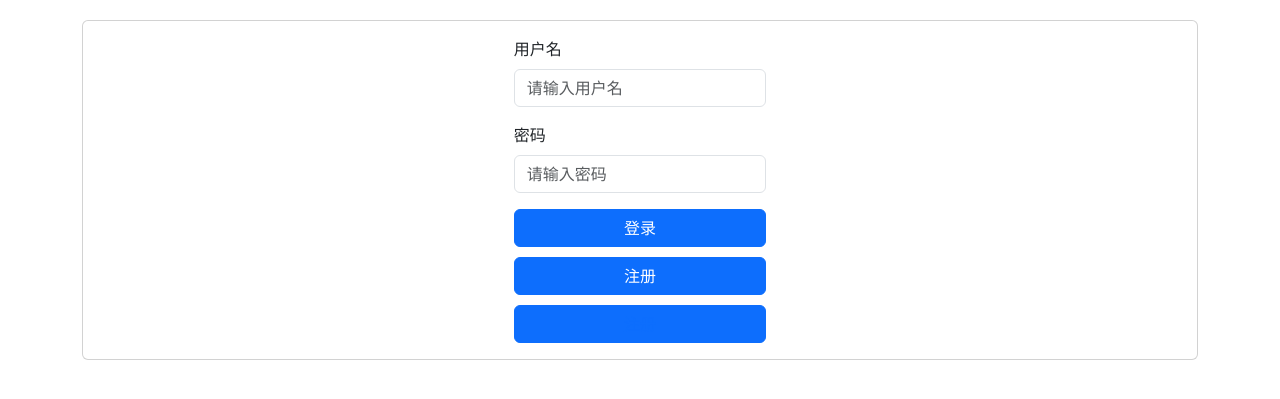
Repository: squawktop/CFS
Page: / (app in web/)
These files come from the project's save history. The page is drawn as it stood at one moment and after a run of saves; the edit follows.
The browser window is 1280 px wide. The pictures show the whole page.
The project was rebuilt for these pictures with package versions that can differ from the ones it lists, and the page was loaded fresh each time. Also part of the build but not shown: web/vue.config.js, web/src/views/RegisterView.vue, web/src/components/NavBar.vue, web/src/views/HomeView.vue, web/src/views/UsersManageView.vue, web/src/views/PersonalCenterView.vue, web/src/views/GoodsManageView.vue, web/src/views/OrdersManageView.vue and 1 more.

Above is the page before, as saved 2024-03-23 16:20:40.

### web/src/App.vue
<template>
  <RouterView></RouterView>
</template>

<script>


// 导入bootstrap
import "bootstrap/dist/css/bootstrap.min.css"
import "bootstrap/dist/js/bootstrap"
// import { ref } from "vue";

// import $ from 'jquery';
export default {
  components: {

  }
  ,
  setup() {
    // const user_id = ref("");
    // const username = ref("");
    // const password = ref("");

    // $.ajax({
    //   type: "get",
    //   url: "http://127.0.0.1:3000/user/getlist",
    //   success(resp) {
    //     user_id.value = resp[0].id;
    //     username.value = resp[0].username;
    //     password.value = resp[0].password;

    //   },
    //   error() {
    //     this.user_id = "error"
    //   }
    // })




    return {

    }
  }

}

</script>

<style></style>

### web/src/router/index.js
import { createRouter, createWebHistory } from 'vue-router'
// import HomeView from '../views/HomeView.vue'
import LoginView from '../views/LoginView.vue'
import RegisterView from '../views/RegisterView.vue'
import HomeView from '../views/HomeView.vue'
import UsersManageView from '../views/UsersManageView.vue'
import PersonalCenterView from '../views/PersonalCenterView.vue'
import GoodsManageView from '../views/GoodsManageView.vue'
import OrdersManageView from '../views/OrdersManageView.vue'
import NotFound from '../views/NotFoundView.vue'
import store from '@/store/index'

const routes = [
  {
    path: '/',
    name: 'home',
    component: HomeView,
    // redirect: "/user/register",
    meta: { //该页面是否需要授权      //随便写， 也可以设置为   flag : true;
      requestAuth: true,
    }
  },

  {
    path: '/user/login',
    name: 'user_login',
    component: LoginView,
    meta: {
      requestAuth: false,
    }
  },

  {
    path: '/user/register',
    name: 'user_register',
    component: RegisterView,
    meta: { //该页面是否需要授权
      requestAuth: false,
    }
  },
  {
    path: '/user/personalcenter',
    name: 'personal_center',
    component: PersonalCenterView,
    meta: { //该页面是否需要授权
      requestAuth: true,
    }
  },

  {
    path: '/user/usermanage',
    name: 'user_manage',
    component: UsersManageView,
    meta: { //该页面是否需要授权
      requestAuth: true,
    }
  }
  ,
  {
    path: '/goods/manege',
    name: 'goods_manage',
    component: GoodsManageView,
    meta: { //该页面是否需要授权
      requestAuth: true,
    }
  }, {
    path: '/orders/manege',
    name: 'orders_manage',
    component: OrdersManageView,
    meta: { //该页面是否需要授权
      requestAuth: true,
    }
  },


  {
    path: "/404/",
    name: "404",
    component: NotFound
  },
  {
    path: "/:catchAll(.*)",
    redirect: "/404/",  //页面重定向到404
  }
]

const router = createRouter({
  history: createWebHistory(),
  routes
})

router.beforeEach((to, from, next) => {
  if (to.meta.requestAuth && !store.state.user.is_login) {
    next({ name: "user_login" });
  } else {
    next();
  }
})

export default router

### web/src/store/index.js
import { createStore } from 'vuex'
import ModuleUser from '@/store/user'

export default createStore({
  state: {
  },
  getters: {
  },
  mutations: {
  },
  actions: {
  },
  modules: {
    user: ModuleUser,
  }
})

### web/src/views/LoginView.vue
<template>
    <ContentField v-if="!$store.state.user.pulling_info">
        <div class="row justify-content-md-center">
            <div class="col-3">
                <form @submit.prevent="login">
                    <div class="mb-3">
                        <label for="username" class="form-label">用户名</label>
                        <input v-model="username" type="text" class="form-control" id="username" placeholder="请输入用户名" />
                    </div>
                    <div class="mb-3">
                        <label for="password" class="form-label">密码</label>
                        <input v-model="password" type="password" class="form-control" id="password"
                            placeholder="请输入密码" />
                    </div>
                    <div class="error-message">{{ error_message }} </div>
                    <button type="submit" class="btn btn-primary">登录</button>
                    <button type="button" class="btn btn-primary" style="margin-top: 10px">注册</button>

                    <button type="button" class="btn btn-primary" style="margin-top: 10px">
                        <router-link :to="{ name: 'user_register' }">
                            注册
                        </router-link>
                    </button>

                </form>
            </div>
        </div>
    </ContentField>

</template>

<script>
import ContentField from "@/components/ContentField.vue";
import { useStore } from "vuex"
import { ref } from "vue"
import router from "@/router/index";

export default {
    components: {
        ContentField,
    },
    setup() {
        const store = useStore();
        let username = ref('');
        let password = ref('');
        let error_message = ref('');


        const jwt_token = localStorage.getItem("jwt_token");
        if (jwt_token) {
            store.commit("updateToken", jwt_token);
            store.dispatch("getinfo", {
                success() {
                    router.push({ name: "home" });
                    store.commit("updatePullingInfo", false);
                }, error() {
                    store.commit("updatePullingInfo", false);
                }
            })
        } else {
            store.commit("updatePullingInfo", false);
        }




        const login = () => {
            error_message.value = "";
            store.dispatch("login", {
                username: username.value,
                password: password.value,
                success() {
                    store.dispatch("getinfo", {
                        success() {
                            router.push({ name: 'home' });
                        }
                    })

                },
                error() {
                    error_message.value = "用户名或密码错误";
                }
            })
        }

        const register = () =>{
            router.push({name:"user_register"});
        }

        return {
            username,
            password,
            error_message,
            login,
            register,

        }
    }
};
</script>

<style scoped>
button {
    width: 100%;
}

div.error-message {
    color: red;
}
</style>

### web/src/store/user.js
import router from '@/router';
import $ from 'jquery'
export default {
    state: {
        id: "",
        username: "",
        photo: "",
        token: "",
        is_login: false,
        pulling_info: true,
    },
    getters: {
    },
    mutations: {        //一般是用来修改数据的
        updateUser(state, user) {
            state.id = user.id;
            state.username = user.username;
            state.photo = user.photo;
            state.is_login = user.is_login;
        },
        updateToken(state, token) {
            state.token = token;
        },
        logout(state) {
            state.id = "";
            state.username = "";
            state.photo = "";
            state.token = "";
            state.is_login = false;
            router.push({ name: "user_login" });
        },
        updatePullingInfo(state, pulling_info) {
            state.pulling_info = pulling_info;
        },
    },

    actions: {

        login(context, data) {
            $.ajax({
                url: "http://127.0.0.1:3000/api/user/account/token/",
                type: "post",
                data: {
                    username: data.username,
                    password: data.password,
                },
                success(resp) {
                    if (resp.error_message === "success") {
                        localStorage.setItem("jwt_token", resp.token);
                        context.commit("updateToken", resp.token);
                        data.success(resp);
                    } else {
                        data.error(resp);
                    }
                },
                error(resp) {
                    data.error(resp)
                },
            });
        },
        getinfo(context, data) {
            $.ajax({
                url: "http://127.0.0.1:3000/api/user/account/info/",
                type: "get",
                headers: {
                    Authorization:
                        "Bearer " + context.state.token,
                },
                success(resp) {
                    if (resp.error_message === "success") {
                        // console.log(resp);
                        context.commit("updateUser", {
                            ...resp,
                            is_login: true,

                        });
                        data.success(resp);
                    } else {
                        data.success(resp);
                    }

                },
                error(resp) {
                    data.error(resp);
                },
            });

        },
        logout(context) {
            localStorage.removeItem("jwt_token");
            context.commit("logout")
        }
    },
    modules: {
    }
}

### web/src/components/ContentField.vue
<template>
    <div class="container content-field">
        <div class="card">
            <div class="card-body">
                <slot></slot>
            </div>
        </div>
    </div>
</template>

<script>
</script>

<style scoped>
div.content-field {
    margin-top: 20px;
}
</style>

Loaded but not shown: web/public/index.html (common file); web/src/main.js (common file)

After the next 7 saves:
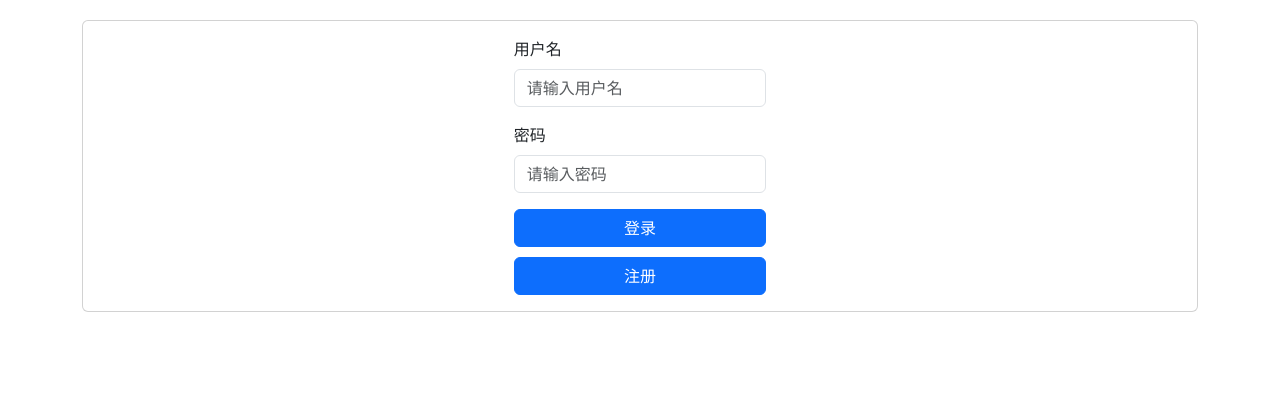
The 7 saves are shown as one change because they came seconds apart.
The last was saved 25 s later.
--- a/web/src/views/LoginView.vue
+++ b/web/src/views/LoginView.vue
@@ -14,13 +14,7 @@
                     </div>
                     <div class="error-message">{{ error_message }} </div>
                     <button type="submit" class="btn btn-primary">登录</button>
-                    <button type="button" class="btn btn-primary" style="margin-top: 10px">注册</button>
-
-                    <button type="button" class="btn btn-primary" style="margin-top: 10px">
-                        <router-link :to="{ name: 'user_register' }">
-                            注册
-                        </router-link>
-                    </button>
+                    <button type="button" class="btn btn-primary" style="margin-top: 10px" @click="register" >注册</button>
 
                 </form>
             </div>
